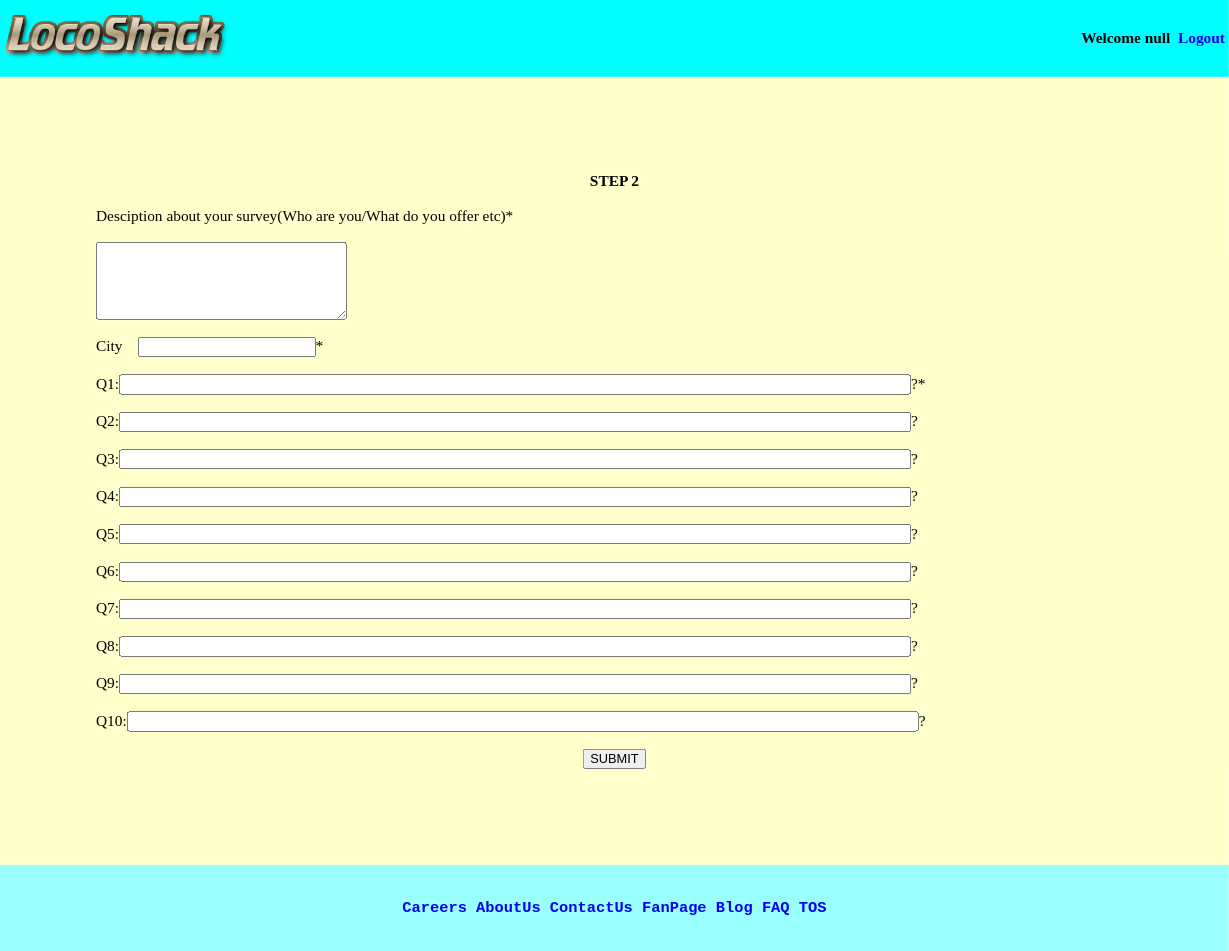
Repository: nicks707/LocoShack_TGMC-project
Page: http://localhost/ram/createsurvey2.jsp
These files come from the project's save history. The page is drawn as it stood at one moment and after the next save; the edit follows.
The browser window is 1280 px wide. The pictures show the whole page, at 96% of full size.
The page is served by Tomcat 9. Queries for data that is not in the repository find no rows.

Above is the page before, as saved 2012-03-21 09:28:48.

After the next save:
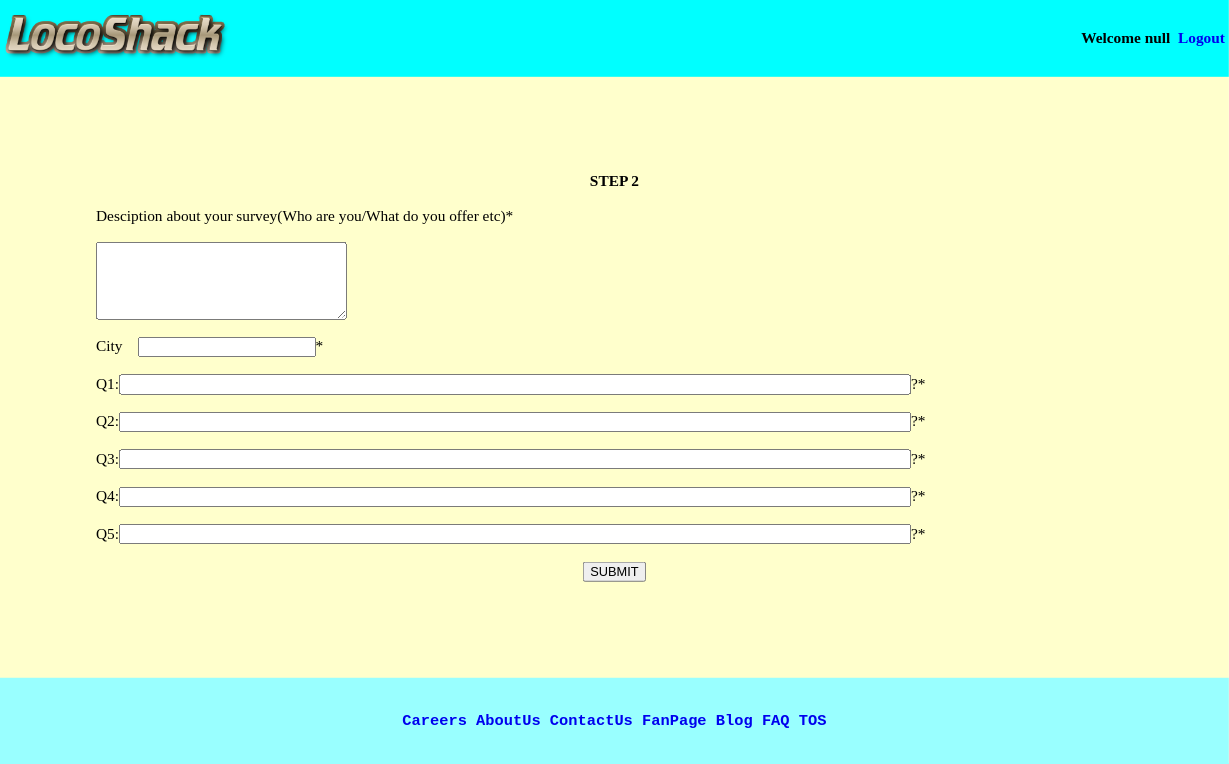
Saved 21 min 1 s later.
--- a/ram/WebContent/createsurvey2.jsp
+++ b/ram/WebContent/createsurvey2.jsp
@@ -15,7 +15,7 @@ html, body,table
 <script type="text/javascript">
 function checkfield()
 {
-	 if((document.myform.surdes.value.length==0)||(document.myform.city.value.length==0)||(document.myform.q1.value.length==0))
+	 if((document.myform.surdes.value.length==0)||(document.myform.city.value.length==0)||(document.myform.q1.value.length==0)||(document.myform.q2.value.length==0)||(document.myform.q3.value.length==0)||(document.myform.q4.value.length==0)||(document.myform.q5.value.length==0))
 
 {
 alert("FIELDS IS MANDATORY");
@@ -35,15 +35,11 @@ Desciption about your survey(Who are you/What do you offer etc)*<br/><br/>
 <textarea rows="5" cols="30" name="surdes" id="surdes"></textarea><br/><br/>
 City&nbsp;&nbsp;&nbsp;&nbsp;<input type="text" name="city" id="city">*<br/><br/>
 Q1:<input type="text" name="q1" id="q1" size="100">?*<br/><br/>
-Q2:<input type="text" name="q2" id="q2"size="100" value="">?<br/><br/>
-Q3:<input type="text" name="q3" id="q3" size="100" value="">?<br/><br/>
-Q4:<input type="text" name="q4" id="q4" size="100" value="">?<br/><br/>
-Q5:<input type="text" name="q5" id="q5" size="100" value="">?<br/><br/>
-Q6:<input type="text" name="q6" id="q6" size="100" value="">?<br/><br/>
-Q7:<input type="text" name="q7" id="q7" size="100" value="">?<br/><br/>
-Q8:<input type="text" name="q8" id="q8" size="100" value="">?<br/><br/>
-Q9:<input type="text" name="q9" id="q9" size="100" value="">?<br/><br/>
-Q10:<input type="text" name="q10" id="q10" size="100" value="">?<br/><br/>
+Q2:<input type="text" name="q2" id="q2"size="100" value="">?*<br/><br/>
+Q3:<input type="text" name="q3" id="q3" size="100" value="">?*<br/><br/>
+Q4:<input type="text" name="q4" id="q4" size="100" value="">?*<br/><br/>
+Q5:<input type="text" name="q5" id="q5" size="100" value="">?*<br/><br/>
+
 
 
 <center><input type='submit' value='SUBMIT'></center>
